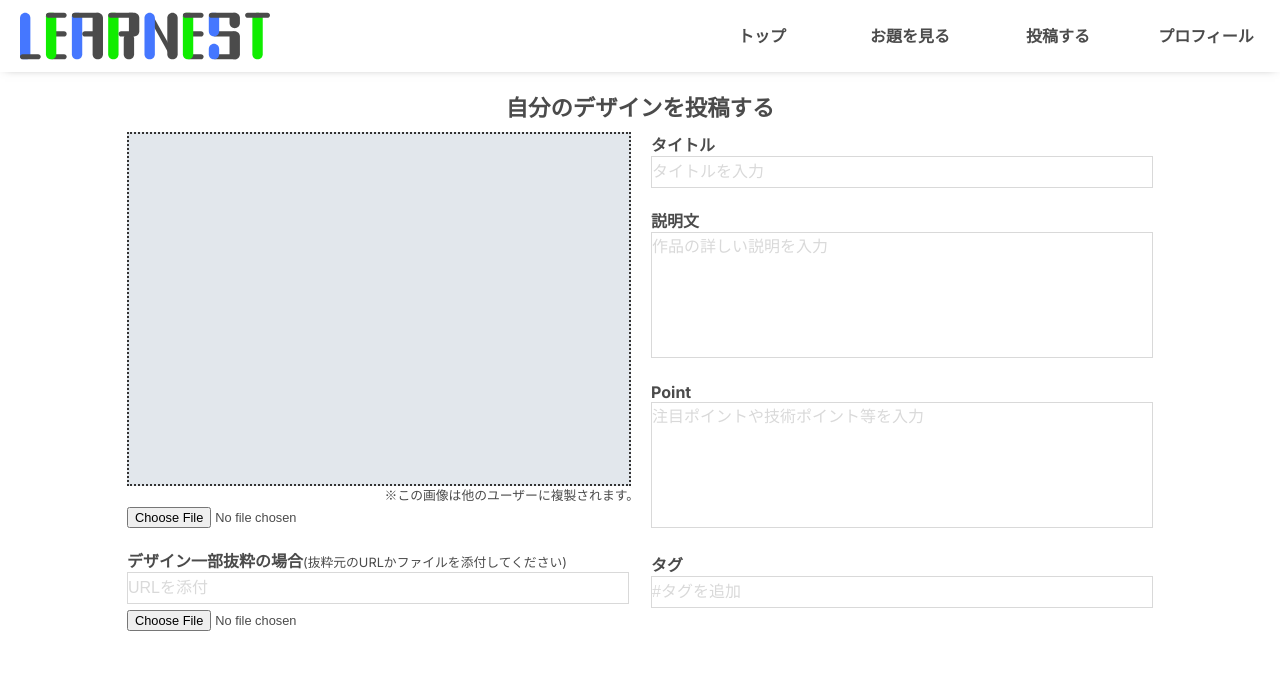
Repository: KawakamiAyaka/Learnest
Page: /inputPost
The author's editor kept a copy of each file at every save. The page is drawn from the files as they stood at one save, then again after the next save.
The browser window is 1280 px wide. The pictures show the whole page.
The project was rebuilt for these pictures with package versions that can differ from the ones it lists, and the page was loaded fresh each time. The framework's server and built-in components were replaced by stand-ins that run in the browser. Also part of the build but not shown: next.config.mjs.

Above is the page before, as saved 2024-07-12 11:53:04.

After the next save:
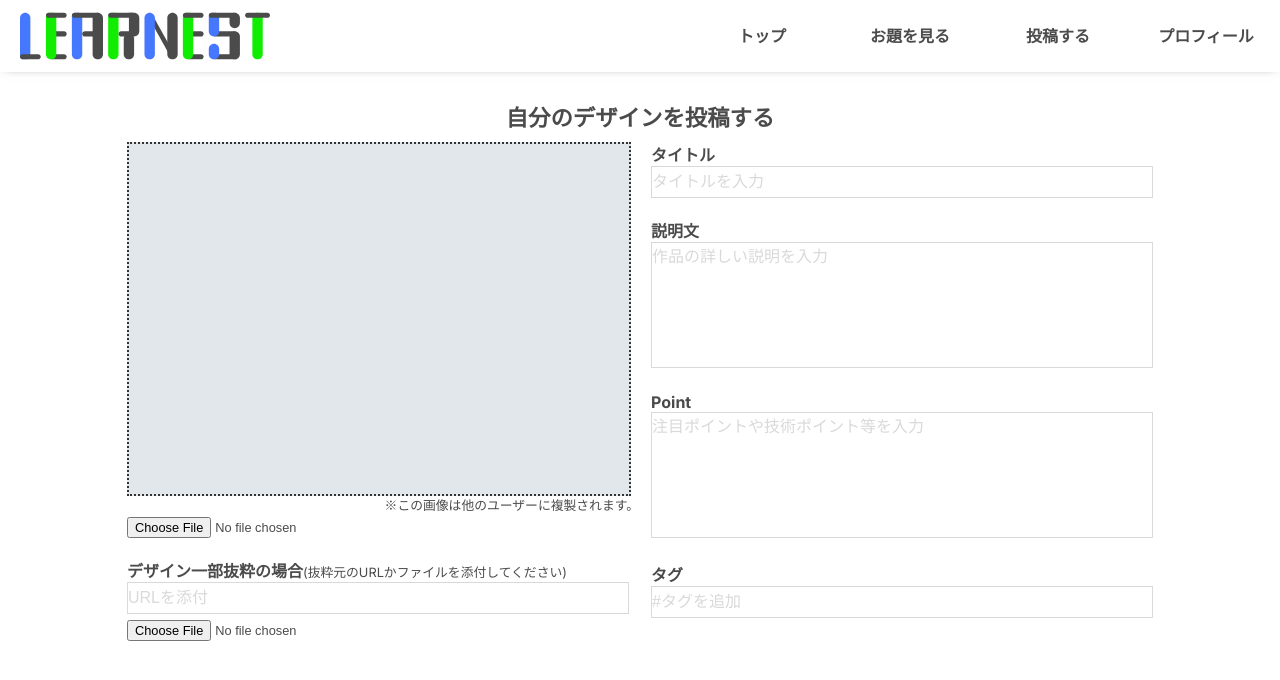
Saved 2 min 59 s later.
--- a/src/app/inputPost/inputPost.module.scss
+++ b/src/app/inputPost/inputPost.module.scss
@@ -1,5 +1,5 @@
 .input{
-    margin-top: 7%;
+    margin-top: 100px;
     display: flex;
     flex-flow: column;
     justify-content: center;
